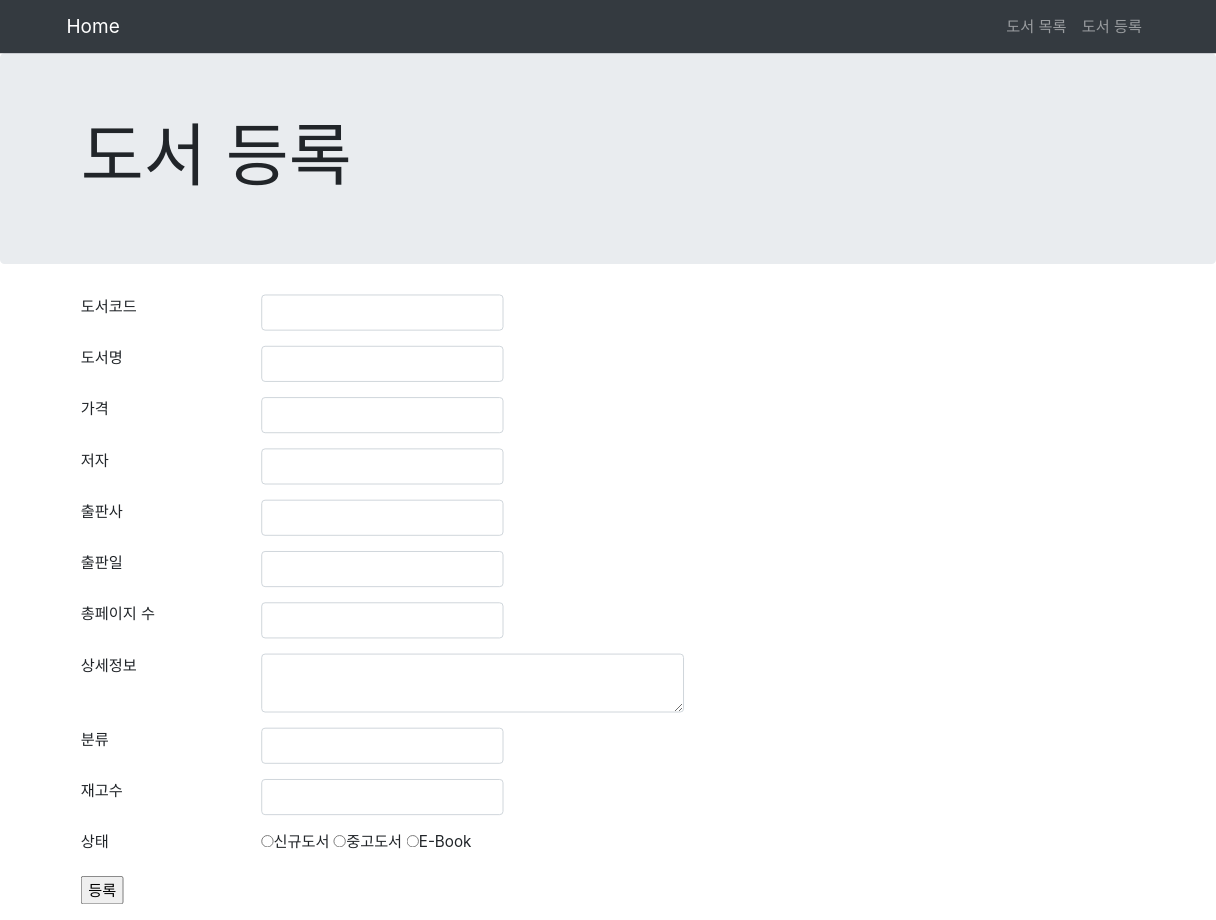
Repository: lhj257/jspwrokspace
Page: http://localhost/BookMarket/addBook.jsp
The author's editor kept a copy of each file at every save. The page is drawn from the files as they stood at one save, then again after the next save.
The browser window is 1280 px wide. The pictures show the whole page, at 95% of full size.
The page is served by Tomcat 9. Other server files are loaded and not shown.

Above is the page before, as saved 2023-08-31 04:36:24.

### BookMarket/src/main/webapp/addBook.jsp
<%@ page language="java" contentType="text/html; charset=UTF-8"
    pageEncoding="UTF-8"%>
<!DOCTYPE html>
<html>
<head>
<link rel="stylesheet"
	href="https://cdn.jsdelivr.net/npm/bootstrap@4.0.0/dist/css/bootstrap.min.css"
	integrity="sha384-Gn5384xqQ1aoWXA+058RXPxPg6fy4IWvTNh0E263XmFcJlSAwiGgFAW/dAiS6JXm"
	crossorigin="anonymous">
<meta charset="UTF-8">
<title>도서 등록</title>
</head>
<body>
	<jsp:include page="menu.jsp"/>
	<div class="jumbotron">
		<div class="container">
			<h1 class="display-3">도서 등록</h1>
		</div>
	</div>
	<div class="container">
		<form name="newBook" action="./processAddBook.jsp" class="form-horizontal" method="post" enctype="multipart/form-data">
			<div class="form-group row">
				<label class="col-sm-2">도서코드</label>
				<div class="col-sm-3">
					<input type="text"  name="bookId" class="form-control">
				</div>
			</div>
			<div class="form-group row">
				<label class="col-sm-2">도서명</label>
				<div class="col-sm-3">
					<input type="text"  name="name" class="form-control">
				</div>
			</div>
			<div class="form-group row">
				<label class="col-sm-2">가격</label>
				<div class="col-sm-3">
					<input type="text"  name="unitPrice" class="form-control">
				</div>
			</div>
			<div class="form-group row">
				<label class="col-sm-2">저자</label>
				<div class="col-sm-3">
					<input type="text" name="author" class="form-control">
				</div>
			</div>
			<div class="form-group row">
				<label class="col-sm-2">출판사</label>
				<div class="col-sm-3">
					<input type="text" name="publisher" class="form-control">
				</div>
			</div>
			<div class="form-group row">
				<label class="col-sm-2">출판일</label>
				<div class="col-sm-3">
					<input type="text" name="releaseDate" class="form-control">
				</div>
			</div>
			<div class="form-group row">
				<label class="col-sm-2">총페이지 수</label>
				<div class="col-sm-3">
					<input type="text" name="totalPages" class="form-control">
				</div>
			</div>
			<div class="form-group row">
				<label class="col-sm-2">상세정보</label>
				<div class="col-sm-5">
					<textarea name="description" cols="50" rows="2" class="form-control"></textarea>
				</div>
			</div>
			<div class="form-group row">
				<label class="col-sm-2">분류</label>
				<div class="col-sm-3">
					<input type="text" name="category" class="form-control">
				</div>
			</div>
			<div class="form-group row">
				<label class="col-sm-2">재고수</label>
				<div class="col-sm-3">
					<input type="text" id="unitsInStock" name="unitsInStock" class="form-control">
				</div>
			</div>
			<div class="form-group row">
				<label class="col-sm-2">상태</label>
				<div class="col-sm-5">
					<input type="radio" name="condition" value="New">신규도서
					<input type="radio" name="condition" value="Old">중고도서
					<input type="radio" name="condition" value="Refurbished">E-Book
				</div>
			</div>
			<!-- <div class="form-group row">
				<label class="col-sm-2"></label>
				<div class="col-sm-5">
					<input type="file" name="productImage" class="form-control">
				</div>
			</div> -->
			<div class="form-group row">
				<div class="col-sm-offset-2 col-sm-10">
					<input type="submit" name="btn btn-primary" value="등록" >
				</div>
			</div>
		</form>
	</div>
</body>
</html>

### BookMarket/src/main/webapp/menu.jsp
<%@ page language="java" contentType="text/html; charset=UTF-8"
   pageEncoding="UTF-8" %>
	<nav class="navbar navbar-expand navbar-dark bg-dark">
		<div class="container">
			<div class="navbar-header">
				<a class="navbar-brand" href="./welcome.jsp">Home</a>
			</div>
			<div>
			<ul class="navbar-nav mr-auto">
				<li class="nav-item"><a class="nav-link" href="./books.jsp">도서 목록</a></li>
				<li class="nav-item"><a class="nav-link" href="./addBook.jsp">도서 등록</a></li>
			</ul>
		</div>
		</div>
	</nav>

After the next save:
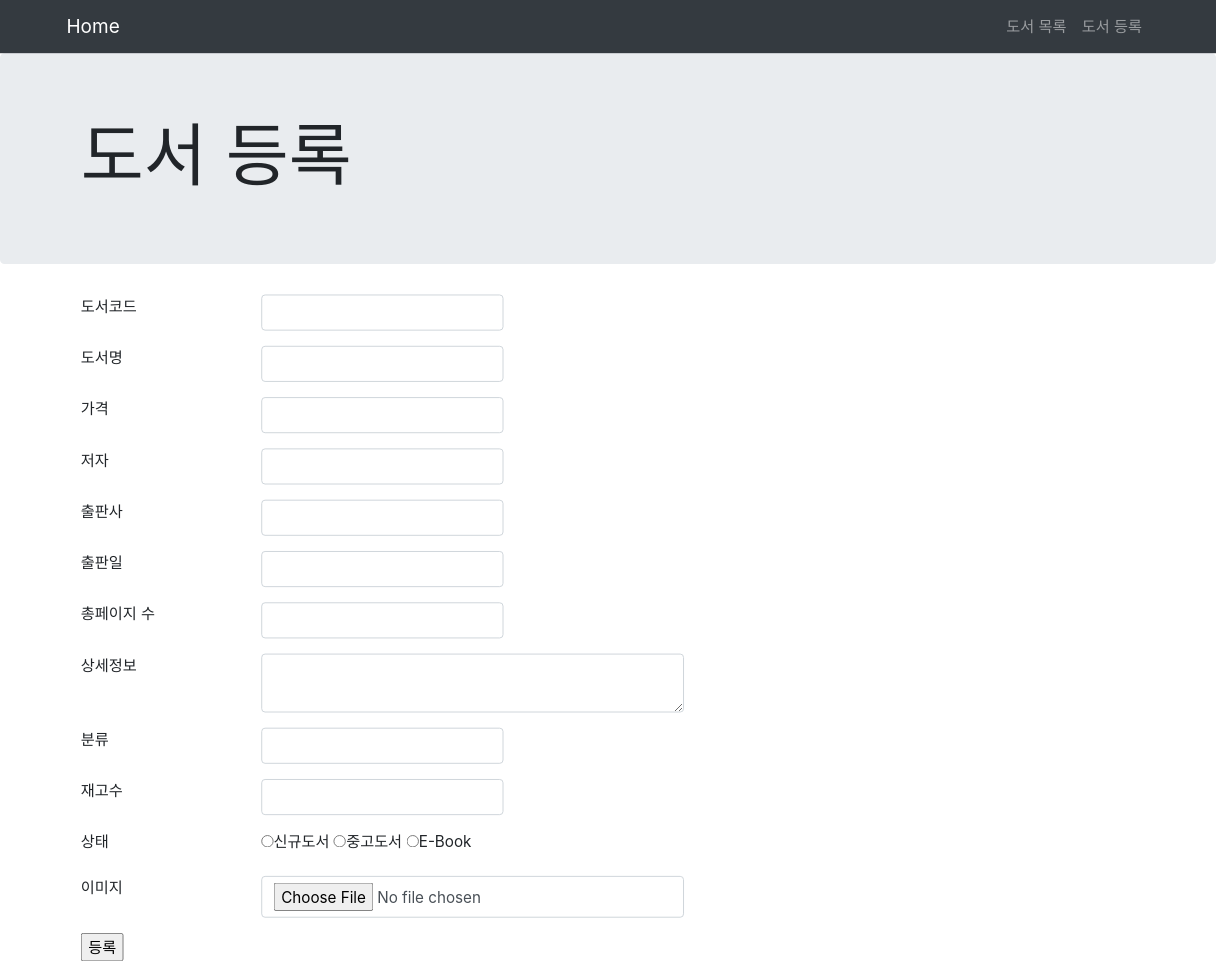
Saved 37 s later.
--- a/BookMarket/src/main/webapp/addBook.jsp
+++ b/BookMarket/src/main/webapp/addBook.jsp
@@ -87,12 +87,12 @@
 					<input type="radio" name="condition" value="Refurbished">E-Book
 				</div>
 			</div>
-			<!-- <div class="form-group row">
-				<label class="col-sm-2"></label>
+			<div class="form-group row">
+				<label class="col-sm-2">이미지</label>
 				<div class="col-sm-5">
-					<input type="file" name="productImage" class="form-control">
+					<input type="file" name="bookImage" class="form-control">
 				</div>
-			</div> -->
+			</div>
 			<div class="form-group row">
 				<div class="col-sm-offset-2 col-sm-10">
 					<input type="submit" name="btn btn-primary" value="등록" >
